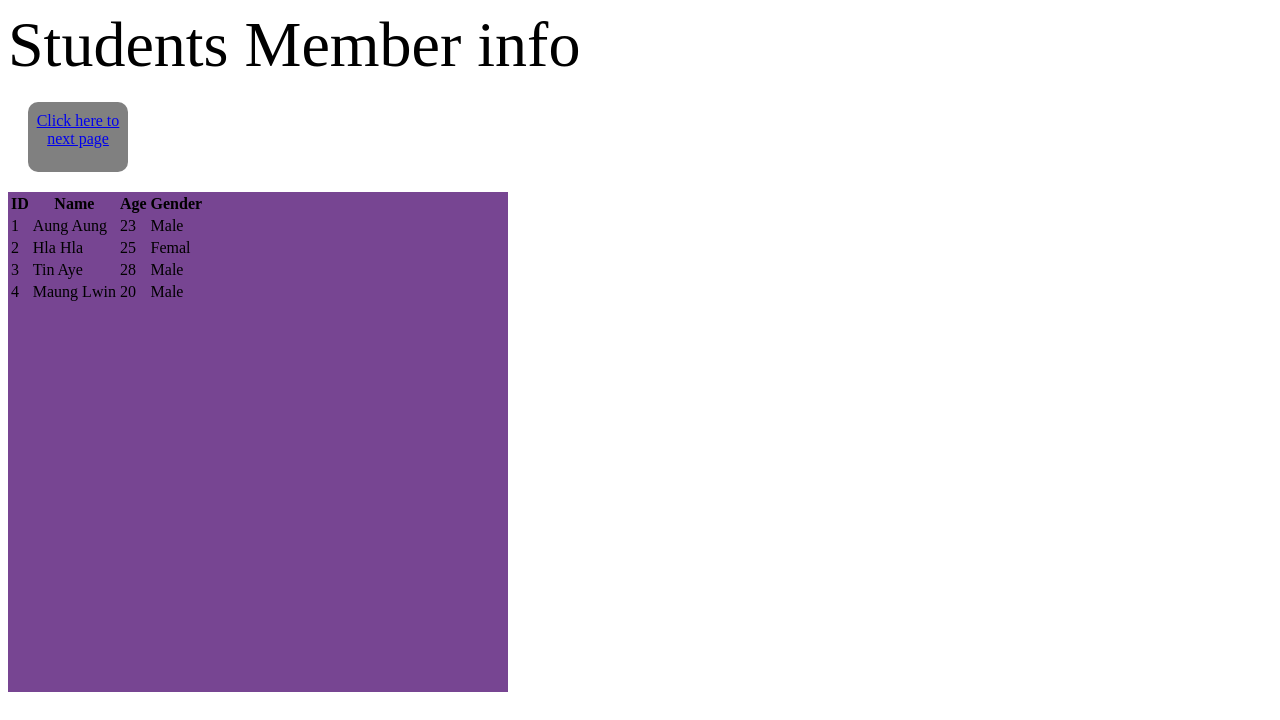
Repository: ThantLwinSoe/Servlet
Page: 01-Communication/src/main/webapp/index.html
An editor plug-in stored every save of this project. The page is shown before and after the next save, followed by the edit.
The browser window is 1280 px wide. The pictures show the whole page.

Above is the page before, as saved 2023-02-07 02:45:27.

### 01-Communication/src/main/webapp/index.html
<!DOCTYPE html>
<html>
<head>
<meta charset="UTF-8">
<style>
h {
	font-size: 4em;
}
.d_link {

	margin: 20px;
	padding-top: 10px;
	width: 100px;
	height: 60px;
	border-radius: 10px;
	background: gray;
	text-align: center;
}
.st_info {
	margin-top: 20px;
	width: 500px;
	height: 500px;
	background: #774592;
}
</style>
<title>Servlet Communication</title>
</head>
<body>
	<h>Students Member info</h>
	<div class="d_link">
		<a href="hello">Click here to next page</a>
	</div>
	<div class="st_info">
		<table>
			<thead>
				<tr>
					<th>ID</th>
					<th>Name</th>
					<th>Age</th>
					<th>Gender</th>
				</tr>
			</thead>
			<tbody>
				<tr>
					<td>1</td>
					<td>Aung Aung</td>
					<td>23</td>
					<td>Male</td>
				</tr>
				<tr>
					<td>2</td>
					<td>Hla Hla</td>
					<td>25</td>
					<td>Femal</td>
				</tr>
				<tr>
					<td>3</td>
					<td>Tin Aye</td>
					<td>28</td>
					<td>Male</td>
				</tr>
				<tr>
					<td>4</td>
					<td>Maung Lwin</td>
					<td>20</td>
					<td>Male</td>
				</tr>
			</tbody>
		</table>
	</div>
</body>
</html>

After the next save:
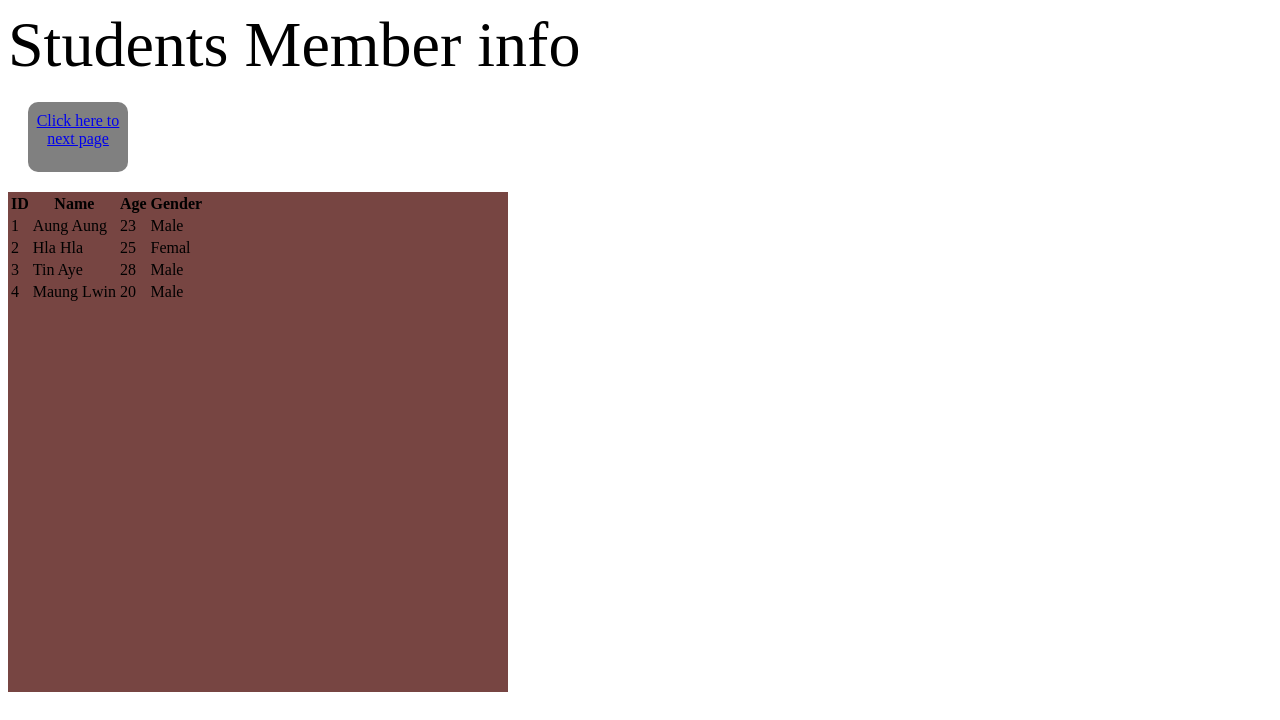
Saved 11 s later.
--- a/01-Communication/src/main/webapp/index.html
+++ b/01-Communication/src/main/webapp/index.html
@@ -20,7 +20,7 @@ h {
 	margin-top: 20px;
 	width: 500px;
 	height: 500px;
-	background: #774592;
+	background: #774542;
 }
 </style>
 <title>Servlet Communication</title>
